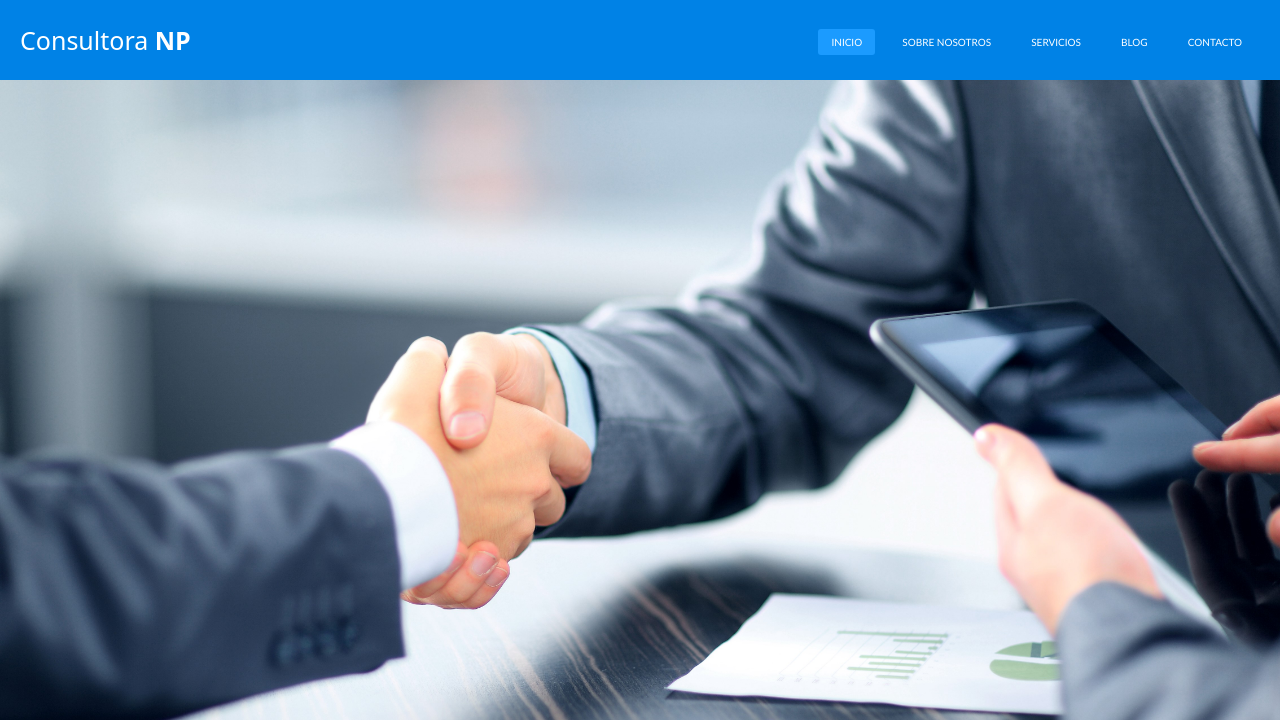
Repository: Batu120/pre-entrega2
Page: index.html
An editor plug-in stored every save of this project. The page is shown before and after the next save, followed by the edit.
The browser window is 1280 px wide. The pictures show the whole page.

Above is the page before, as saved 2022-10-29 21:23:51.

### index.html
<!DOCTYPE html>
<html lang="en" dir="ltr">
<head>
    <meta charset="UTF-8">
    <meta http-equiv="X-UA-Compatible" content="IE=edge">
    <meta name="viewport" content="width=device-width, initial-scale=1.0">
    <title>2da Pre Entrega</title>

    <!-- CSS -->
    <link rel="stylesheet" href="CSS/style.css">
    <link rel="stylesheet" href="https://cdnjs.cloudflare.com/ajax/libs/font-awesome/4.7.0/css/font-awesome.min.css">
</head>
<body>
    <nav>
        <input type="checkbox" id="check">
        <label for="check" class="checkbtn">
            <i style="font-size:24px" class="fa">&#xf0c9;</i>
        </label>
        <label class="logo">Consultora <label class="logo1">NP</label></label>
            <!-- Lista no ordenada -->
            <ul>
                <!-- Items / Menu -->
                <li><a class="active" href="#">Inicio</a></li>
                <li><a href="#">Sobre Nosotros</a></li>
                <li><a href="#">Servicios</a></li>
                <li><a href="#">Blog</a></li>
                <li><a href="#">Contacto</a></li>
            </ul>
    </nav>

    <section></section>

            <!-- <img clas="menu" src="IMG/menu-icon2.png" alt="menu"> -->
<!-- Enlaces -->

<!--    <main>
        <h1>CONSULTORA </h1>
    </main> -->

</body>
</html>

### CSS/style.css
body {
    font-family:'Gill Sans', 'Gill Sans MT', Calibri, 'Trebuchet MS', sans-serif;
}

/* NAV BAR - LINKS- RESPONSIVE */
* {
    padding: 0;
    margin: 0;
    text-decoration: none;
    list-style: none;
    box-sizing: border-box;
}
nav {
    background: #0082e6;
    height: 80px;
    width: 100%;
}
/*  */
.logo{
    color: white;
    font-size: 25px;
    line-height: 80px;
    padding: 20px;
    font-weight:lighter;
    font-family:system-ui, -apple-system, BlinkMacSystemFont, 'Segoe UI', Roboto, Oxygen, Ubuntu, Cantarell, 'Open Sans', 'Helvetica Neue', sans-serif;
}
.logo1{
    color: white;
    font-weight: bold;
}
nav ul{
    float: right;
    margin-right: 20px;
    padding-top: 0%;
}
nav ul li{
    display: inline-block;
    line-height: 80px;
    margin: 0 5px;
}
nav ul li a{
    color: white;
    font-size: 10px;
    padding: 7px 13px;
    border-radius: 3px;
    text-transform: uppercase;
}
a.active,a:hover{
    background: #1b9bff;
    transition: .5s;
}
.checkbtn{
    font-size: 30px;
    color: white;
    float: right;
    line-height: 80px;
    margin-right: 30px;
    cursor: pointer;
    display: none;
}
#check{
    display: none;
}
/* PREUBA RESPONSIVE TEST */
/* @media (max-width: 1000px){
    label.logo {
        font-size: 25px;
        padding-left: 50px;
    }
    nav ul li a{
        font-size: 16px;
    }
} */
@media (max-width: 800px){
    .checkbtn{
        display: block;
    }
    ul{
        position: fixed;
        width: 100%;
        height: 100vh;
        background: #2c3e50;
        top: 80px;
        left: -100%;
        text-align: center;
        transition: all .5s;
    }
    nav ul li{
        display: block;
        margin: 50px 0;
        line-height: 30px;
    }
    nav ul li a {
        font-size: 20px;
    }
        a:hover,a.active{
        background:none;
        color: #0082e6;
        }
        #check:checked ~ ul{
        left: 0;
        }
    }

    section{
        background: url(/IMG/consultoria_img.jpeg) no-repeat;
        background-size: cover;
        height: calc(100vh - 80px);
    }
/* .listaNOordenada {
    display: flex;
    flex-direction: row;
    justify-content:flex-end;
    list-style: none;
}

li {
    font-size: large;
    text-transform: uppercase;
    font-family:'Gill Sans', 'Gill Sans MT', Calibri, 'Trebuchet MS', sans-serif;
    font-weight: 600;
    margin: 10px;
    padding: 5px;
    letter-spacing: 2px;
}

@media (max-width: 850px){
    .listaNOordenada {
        flex-direction: column;
    }
}
 */

After the next save:
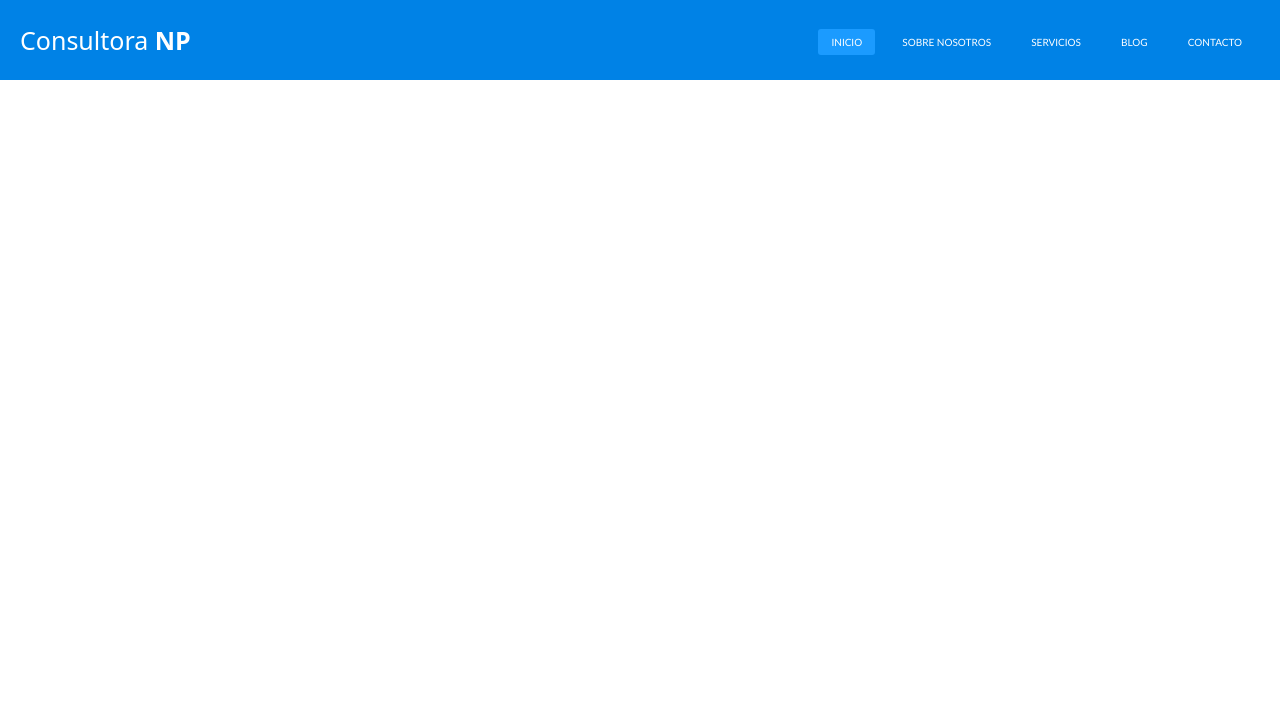
Saved 2 min 19 s later.
--- a/CSS/style.css
+++ b/CSS/style.css
@@ -105,7 +105,7 @@
     section{
         background: url(/IMG/consultoria_img.jpeg) no-repeat;
         background-size: cover;
-        height: calc(100vh - 80px);
+        height: (100vh - 80px);
     }
 /* .listaNOordenada {
     display: flex;

After the save that followed:
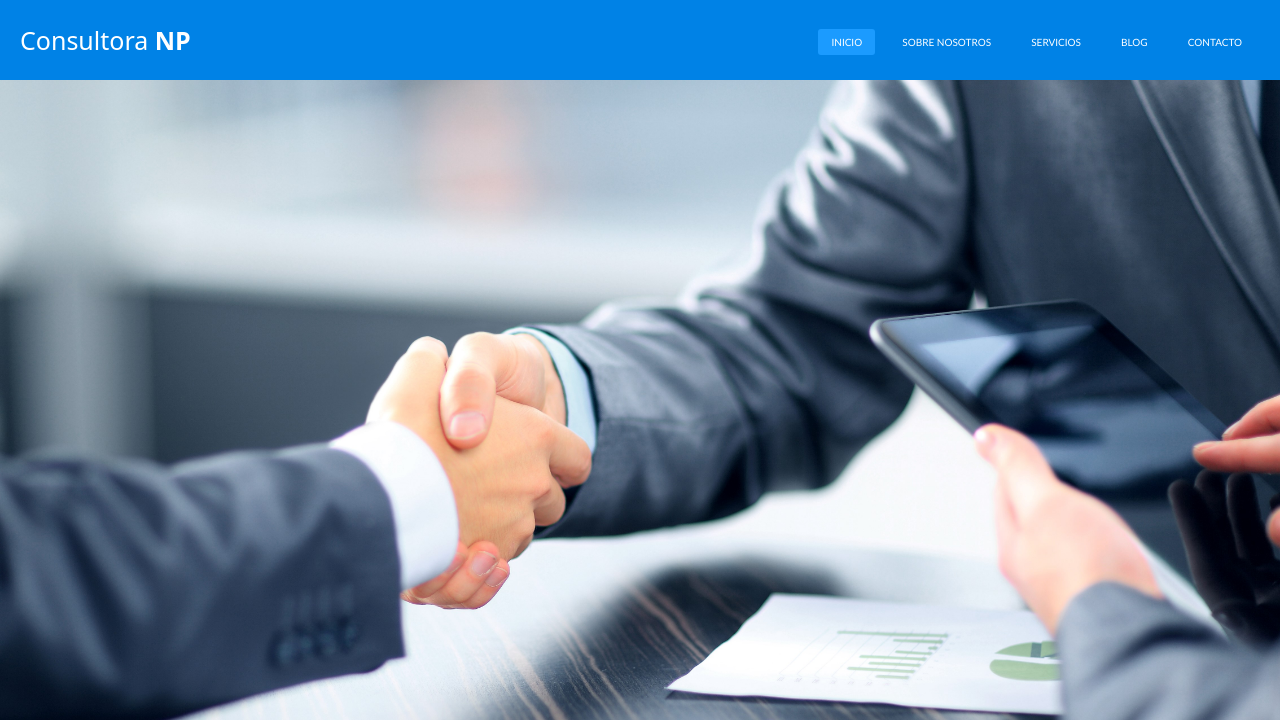
Saved 5 s later.
--- a/CSS/style.css
+++ b/CSS/style.css
@@ -105,7 +105,7 @@
     section{
         background: url(/IMG/consultoria_img.jpeg) no-repeat;
         background-size: cover;
-        height: (100vh - 80px);
+        height: calc(100vh - 80px);
     }
 /* .listaNOordenada {
     display: flex;
